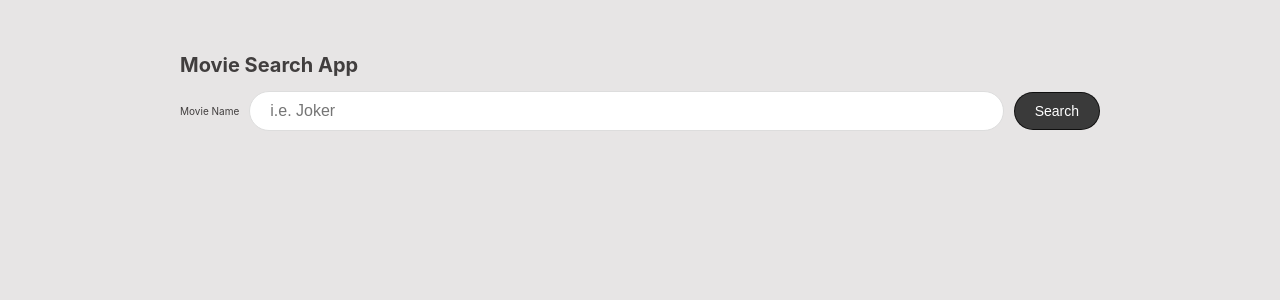
Repository: alialshara94/Movies-Search-React
Page: /
These files come from the project's save history. The page is drawn as it stood at one moment and after the next save; the edit follows.
The browser window is 1280 px wide. The pictures show the whole page.
The project was rebuilt for these pictures with package versions that can differ from the ones it lists, and the page was loaded fresh each time.

Above is the page before, as saved 2020-10-22 01:01:29.

After the next save:
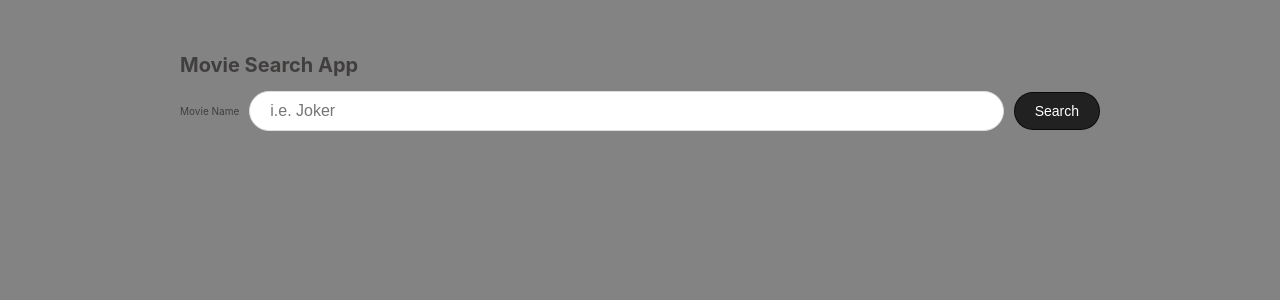
Saved 2 min 8 s later.
--- a/src/App.css
+++ b/src/App.css
@@ -9,7 +9,7 @@
 body {
   margin: 0;
   padding: 0;
-  background-color: rgb(231, 229, 229);
+  background-color: #838383;
   color: rgb(65, 62, 62);
 }
 

After the save that followed:
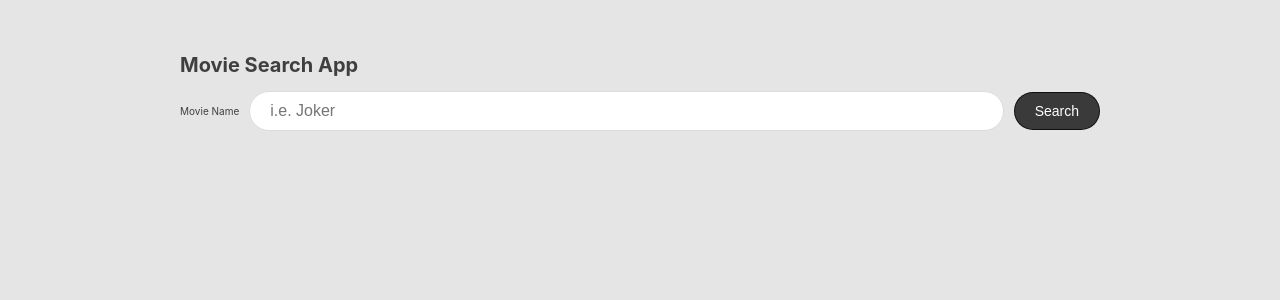
Saved 43 s later.
--- a/src/App.css
+++ b/src/App.css
@@ -9,7 +9,7 @@
 body {
   margin: 0;
   padding: 0;
-  background-color: #838383;
+  background-color: #e5e5e5;
   color: rgb(65, 62, 62);
 }
 
